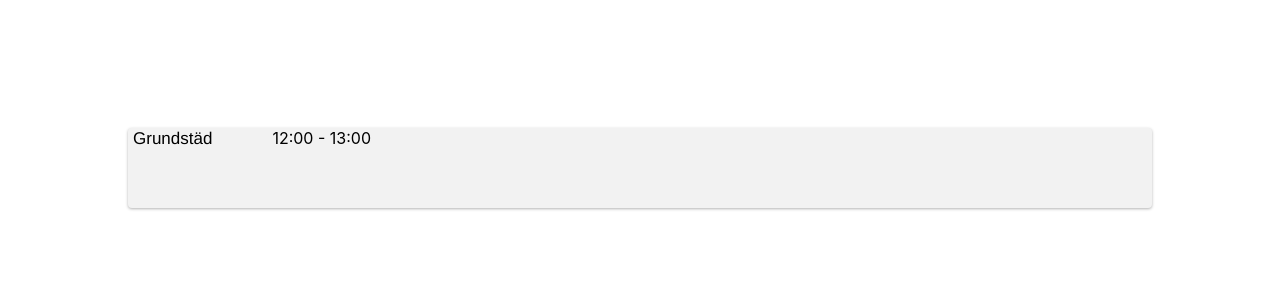
Repository: AdrianaLarsson/learning-react-adriana
Page: /
An editor plug-in stored every save of this project. The page is shown before and after the next save, followed by the edit.
The browser window is 1280 px wide. The pictures show the whole page.
The project was rebuilt for these pictures with package versions that can differ from the ones it lists, and the page was loaded fresh each time. Also part of the build but not shown: src/App.css, src/components/pixiLearn/pixi-learning.js, src/components/pixiLearn/reactTimline/timelinegant.js, src/components/pixiLearn/waypoint-mobile/navbaren.js, src/components/pixiLearn/waypoint-mobile/box-name-day-time.js, src/components/pixiLearn/waypoint-mobile/teamname.js, src/components/pixiLearn/waypoint-mobile/perosnal.js, src/components/pixiLearn/waypoint-mobile/trainsinfo.js and 3 more. Imported but missing from the stored project, and not drawn on this page: src/components/pixiLearn/styledComponentsWay/homestyles.

Above is the page before, as saved 2021-02-26 13:58:52.

After the next save:
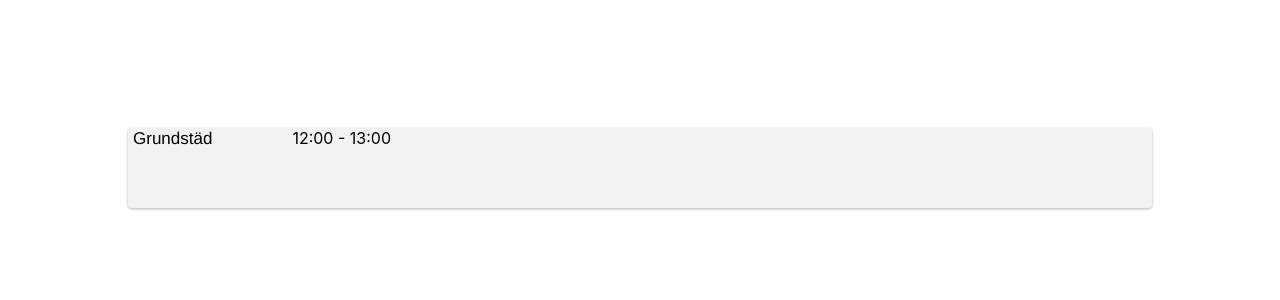
Saved 7 s later.
--- a/src/components/pixiLearn/atomic-design/headBadge/headerBadge.js
+++ b/src/components/pixiLearn/atomic-design/headBadge/headerBadge.js
@@ -5,7 +5,7 @@ function headerBadge() {
     return (
         <div>
            <Badge><B4>Grundstäd</B4>
-           <p style={{display: 'inline', paddingLeft: '60px'}}>12:00 - 13:00</p>
+           <p style={{display: 'inline', paddingLeft: '80px'}}>12:00 - 13:00</p>
            </Badge>
         </div>
     )
